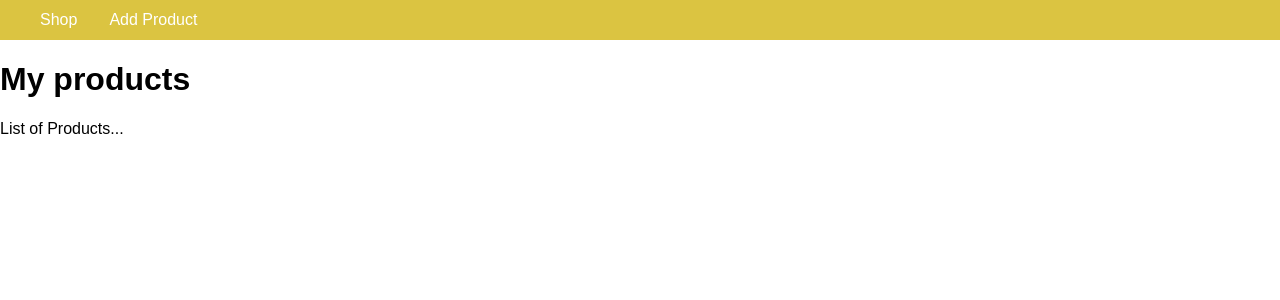
Repository: Hardyy00/NodeJS
Page: http://localhost/
An editor plug-in stored every save of this project. The page is shown before and after the next save, followed by the edit.
The browser window is 1280 px wide. The pictures show the whole page.
The page is served by the project's Node server (app.js).

Above is the page before, as saved 2024-01-06 15:53:49.

After the next save:
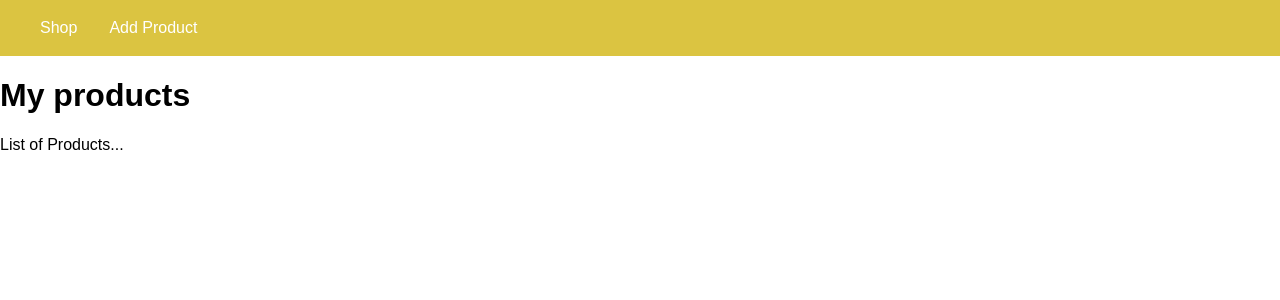
Saved 70 s later.
--- a/Dynamic-Routes-And-Advanced-Models/views/shop.html
+++ b/Dynamic-Routes-And-Advanced-Models/views/shop.html
@@ -11,9 +11,12 @@
         padding: 0;
         font-family: sans-serif;
       }
+
+      main {
+      }
       .main-header {
         width: 100;
-        height: 2.5rem;
+        height: 3.5rem;
         background-color: #dbc441;
         padding: 0 1.5rem;
       }
